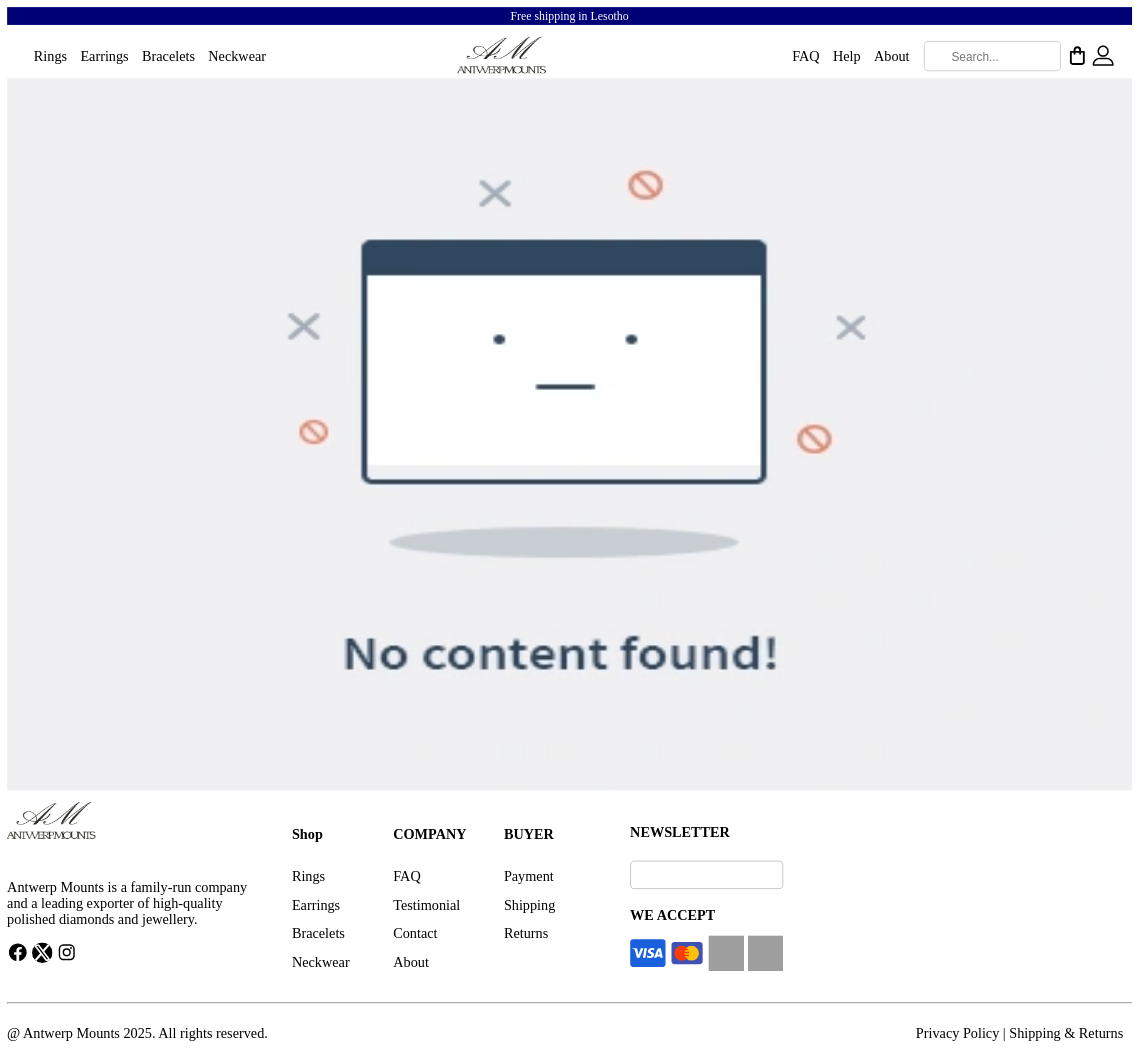
Repository: kea-0424/Web-Development-Project-1
Page: First_collaboration/JewelarySite.html
These files come from the project's save history. The page is drawn as it stood at one moment and after the next save; the edit follows.
The browser window is 1280 px wide. The pictures show the whole page, at 89% of full size.
Pictures or frames that could not be fetched are drawn as grey boxes.

Above is the page before, as saved 2025-01-23 11:23:40.

### First_collaboration/JewelarySite.html
<!DOCTYPE html>
<html lang="en">
<head>
    <meta charset="UTF-8">
    <meta name="viewport" content="width=device-width, initial-scale=1.0">
    <title>Document</title>
    <link rel="stylesheet" href="./JewelarySite.css">
</head>
<body>
    <header>
        <div class="notification">
            <span>Free shipping in Lesotho</span>
        </div>
        <nav>
                <ul class="navigations"  id="right_nav">
                    <li class="navbar_links"><a href="#">Rings</a></li>
                    <li class="navbar_links"><a href="#">Earrings</a></li>
                    <li class="navbar_links"><a href="#">Bracelets</a></li>
                    <li class="navbar_links"><a href="#">Neckwear</a></li>
                </ul>

            <div class="logo_container">
<img src="Main_Logo-removebg-preview.png" alt="Logo" class="main_logo" id="Nav_logo">
            </div>
                <ul class="navigations" id="left_nav">
                    <li class="navbar_links"><a href="#">FAQ</a></li>
                    <li class="navbar_links"><a href="#">Help</a></li>
                    <li class="navbar_links"><a href="#">About</a></li>
                </ul>
                <form action="#">
                    <i class='bx bx-search-alt-2'></i>
                    <input class='searchbar' type="text" placeholder="Search...">
                </form>
                <div class="nav_icons">
                    <img src="./cart.svg" alt="Logo" class="icon">
                    <img src="./profile.svg" alt="Logo" class="icon">
                </div>
        </nav>
    </header>
    <main>
        <img src="./NoContent.webp" alt="No_Content" class="No_Content">
    </main>
    <footer>
        <div class="about_us">
            <div class="logo_container">
                <img src="Main_Logo-removebg-preview.png" alt="Logo" class="main_logo">
                            </div>
                            <div class="bio">
                                <p>Antwerp Mounts is a family-run company<br>
                                    and a leading exporter of high-quality<br>
                                   polished diamonds and jewellery.</p>
                            </div>
                                <div class="social_media">
                                    <div class="socials" >
                                        <a href="#"><img src="./bxl-facebook-circle (1).svg" alt="Facebook" id="facebook_link"></a>
                                    </div>
                                    <div class="socials">
                                        <a href="#"><img src="./x-twitter-brands-solid.svg" alt="Twitter" id="X_link"></a>
                                    </div>
                                    <div class="socials">
                                        <a href="#"><img src="./bxl-instagram (1).svg" alt="Instagram" id="instagram_link"></a>
                                    </div>
                                    </div>
        </div>
        <div class="navigation">
            <div class="list1">
                <h4>Shop</h4>
                <ul class="footer_lists">
                    <li><a href="#">Rings</a></li>
                    <li><a href="#">Earrings</a></li>
                    <li><a href="#">Bracelets</a></li>
                    <li><a href="#">Neckwear</a></li>
                </ul>
            </div>
            <div class="list2">
               <h4>COMPANY</h4>
               <ul class="footer_lists">
                <li><a href="#">FAQ</a></li>
                <li><a href="#">Testimonial</a></li>
                <li><a href="#">Contact</a></li>
                <li><a href="#">About</a></li>
               </ul>
            </div>
            <div class="list3">
                <h4>BUYER</h4>
                <ul class="footer_lists">
                    <li><a href="#">Payment</a></li>
                    <li><a href="#">Shipping</a></li>
                    <li><a href="#">Returns</a></li>
                </ul>
            </div>
        </div>
        <div class="Subscription">
            <h4>NEWSLETTER</h4>
            <form action="#">
                <div class="newsletter_input">

                </div>
            </form>
            <h4>WE ACCEPT</h4>
            <div class="payment_methods">
                <div class="payment_method">
                    <img src="./cc-visa-brands-solid.svg" alt="visa" id="visa">
                </div>
                <div class="payment_method">
                    <img src="mastercard.svg" alt="mastercard" id="mastercard">
                </div>
                <div class="payment_method">
                    <img src="./paypal.svg" alt="paypal" id="paypal">
        </div>
        <div class="payment_method">
            <img src="./skrill.svg" alt="skrill" id="skrill">
        </div>
            </div>
        </div>
        <hr>
        <div class="copyright">
            <p class="left_details">@ Antwerp Mounts 2025. All rights reserved.</p>
            <p class="right_details">Privacy Policy | Shipping & Returns</p>
        </div>
    </footer>
</body>
</html>

### First_collaboration/JewelarySite.css

body {
    box-sizing: border-box;
}
.notification {
    background-color: rgb(0 0 117);
    color: rgb(255 255 255);
    display: flex;
    align-items: center;
    justify-content: center;
    font-size: smaller;
    width: inherit;
    height: 20px;
}
nav {
    display: flex;
    justify-content: space-between;
    /*padding: 10px;*/
}
.main_logo {
    height: 80px;
    width: 100px;
    margin-top: 0;

}
#Nav_logo {
    margin: 0 auto;
    position: absolute;
    left: 40%;
}
.navigations,.navbar_links {
    list-style-type: none;
    display: flex;
    justify-content: space-between;
list-style: none;
text-decoration: none;
color: inherit;
margin-right: 15px;
padding: 0;
}
nav {
    position:relative;
    width: 100%;
    height: 60px
}

a {
    text-decoration: none;
color: inherit;
}
a:hover {
    /*font-size: larger;*/
    transition: font-size 0.2s ease-in-out;
    position: relative;
    /*background-color: blue;*/
    color: rgba(0 0 255 / 0.26);
    border-radius: 3px;
}
main,.No_Content {
    width: 100%;
    height: 800px;
}
.searchbar {
    width: 120px;
    height: 30px;
    border-radius: 5px;
    border: 1px solid #ccc;
    margin-top: 18px;
    padding-left: 30px;
    position: absolute;
    right: 80px;

}
.navbar_links {
    margin-top: 10px;
}
.icon {
    width: 25px;
    height: 25px;
    margin-top: 22px;
}
#left_nav{
    position: absolute;
    right: 220px;
}
#right_nav {
    position: absolute;
    left: 30px;
}
.nav_icons {
    margin-right: 20px;
}
.socials {
    /*border: 1px solid red;*/
    display: inline;
    height: 50px;
    width: 50px;
}
.bio {
    /*border: 1px solid red;*/
    display: inline-block;
}
#X_link {
    background-color: black;
    height: 23px;
    width: 23px;
    border-radius: 50%;
    display: inline-block;
}
/*.list1,.list2,.list3*/.navigation{
    /*border: 1px solid red;*/
    display: inline-block;
    position: absolute;
    left: 320px;
    top: 20px;
box-sizing: border-box;
}
footer {
    /*border: 1px solid red;*/
    position: relative;
}
.list1,.list2,.list3 {
    /*border: 1px solid red;*/
    display: inline-block;
    box-sizing: border-box;
    margin-right: 5px;
}
.list3 {
    position: relative;
    bottom: 32px;
}
.footer_lists {
    position: relative;
    right: 40px;
    list-style: none;
    line-height: 2em;
}
.newsletter_input {
    height: 30px;
    overflow: hidden;
    border-radius: 5px;
    border: 1px solid rgba(0 0 0 / 0.25);
    position: relative;
    /*z-index: 1;*/
}
.submit_btn {
    background-color: rgb(2 2 59);
    border: 1px solid transparent;
    height: 34px;
    width: 35px;
    position: absolute;
    right: 3px;
    top: 4px;
    border-radius:0px 5px 5px 0px;
}
#visa, #mastercard, #paypal, #skrill {
    height: 40px;
    width: 40px;
}
#visa:hover, #mastercard:hover, #paypal:hover, #skrill:hover {
    height: 50px;
    width: 50px;
}
.payment_method {
    /*border: 1px solid red;*/
    display: inline-block;
    position: relative;
    bottom: 8px;
}
.Subscription {
/*border: 1px solid red;*/
display: inline;
position: absolute;
left: 700px;
top:18px;
}
hr {
    margin-top: 40px;
}
.copyright {
   /* border: 1px solid red;*/
    position: relative;
}
.left_details {
    /*border: 1px solid red;*/
    display: inline-block;
}
.right_details {
    /*border: 1px solid red;*/
    display: inline;
    position: absolute;
    right: 10px;
}

After the next save:
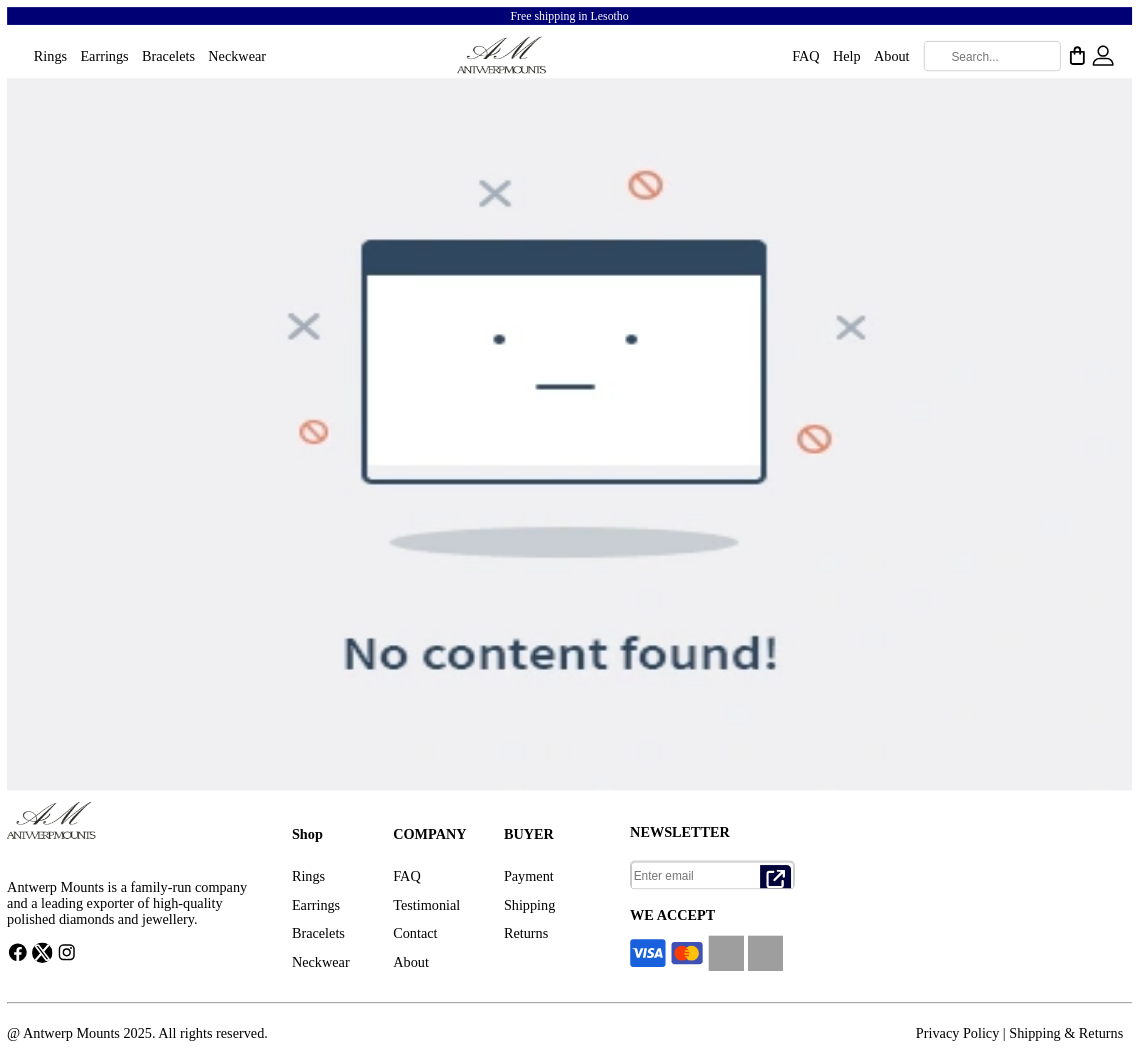
Saved 4 s later.
--- a/First_collaboration/JewelarySite.html
+++ b/First_collaboration/JewelarySite.html
@@ -94,7 +94,8 @@
             <h4>NEWSLETTER</h4>
             <form action="#">
                 <div class="newsletter_input">
-
+                    <input type="text" placeholder="Enter email" class="newsletter_input">
+                    <button type="submit" class="submit_btn"><img src="./arrow-up-right-from-square-solid.svg" alt="arrow"></button>
                 </div>
             </form>
             <h4>WE ACCEPT</h4>
